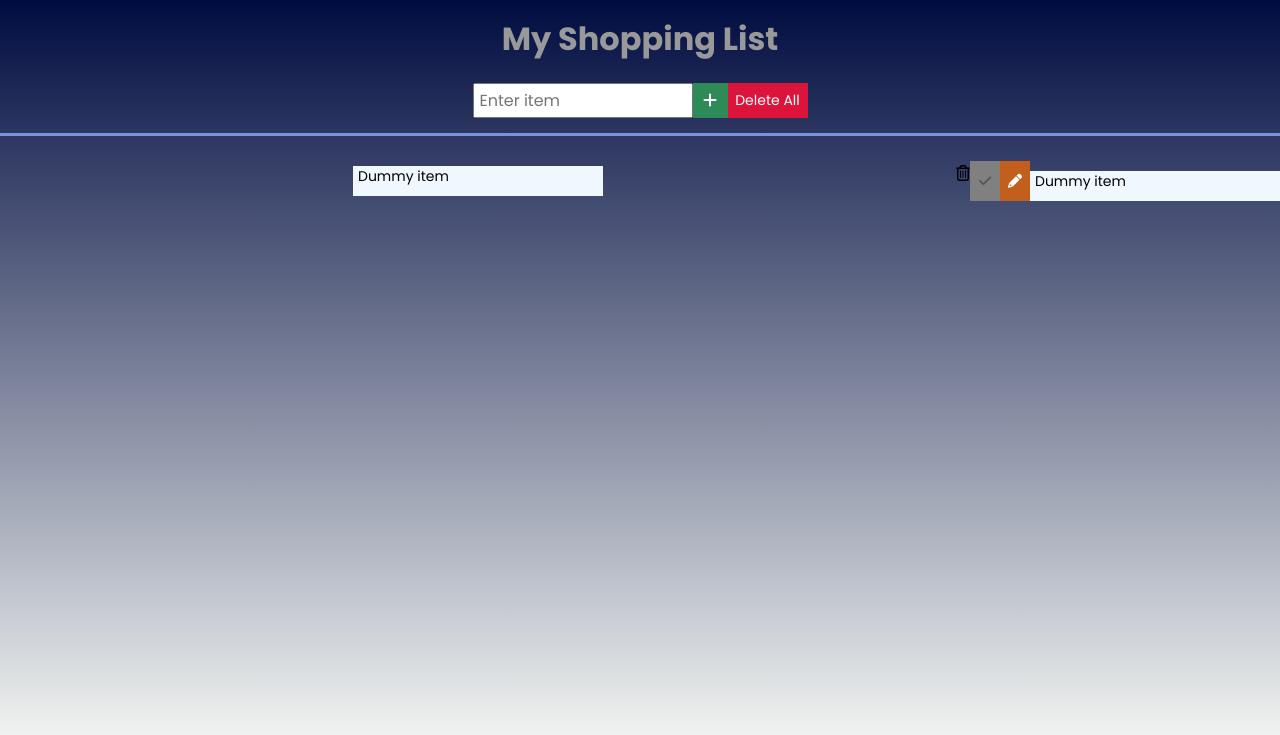
Repository: SaadYasin/shopping-list01-js
Page: index.html
These files come from the project's save history. The page is drawn as it stood at one moment and after the next save; the edit follows.
The browser window is 1280 px wide. The pictures show the whole page.

Above is the page before, as saved 2021-12-05 19:06:15.

### index.html
<!DOCTYPE html>
<html lang="en">
<head>
    <meta charset="UTF-8">
    <meta http-equiv="X-UA-Compatible" content="IE=edge">
    <meta name="viewport" content="width=device-width, initial-scale=1.0">
    <title>Shopping List App</title>
    <link rel="stylesheet" href="styles.css">
    <link rel="preconnect" href="https://fonts.googleapis.com">
    <link rel="preconnect" href="https://fonts.gstatic.com" crossorigin>
    <link href="https://fonts.googleapis.com/css2?family=Poppins:ital,wght@0,100;0,300;0,400;0,600;0,700;1,100;1,300;1,400;1,600;1,700&display=swap" rel="stylesheet">

    <link rel="stylesheet" href="https://cdnjs.cloudflare.com/ajax/libs/font-awesome/6.0.0-beta3/css/all.min.css">

</head>
<body>
    <header>
        <h1>My Shopping List</h1>

        <div id="input-form">
            <input type="text" id="item-txt" name="item-text" placeholder="Enter item" aria-label="Enter item" required>

            <button id="btn" class="btn plus-btn" type="button"><i class="fa fa-plus" aria-hidden="true"></i></button>

            <button class="btn btn-delete-all" type="button" >Delete All</button>

        </div>

        <div id="divider"></div>

        <div class="container">
            <ul id="items-list">
                <div class="list-line">
                    <li class="item">Dummy item</li>
                    <span><i class="far fa-trash-alt"></i></span>
                    <button class="btn btn-done"><i class="fas fa-check"></i></button>
                    <button class="btn btn-edit"><i class="fas fa-pencil-alt"></i></button>
                <!-- </div> -->
                <div class="list-line">
                    <li class="item">Dummy item</li>

                </div>
            </ul>
        </div>
    </header>
    <script src="app.js"></script>
</body>
</html>

### styles.css
* {
    padding: 0;
    margin: 0;
    box-sizing: border-box;
    font-family: 'Poppins', sans-serif;
}

body {
    min-height: 100vh;
    background: #F0F2F0;  /* fallback for old browsers */
background: -webkit-linear-gradient(to top, #f0f2f0 , #000C40);  /* Chrome 10-25, Safari 5.1-6 */
background: linear-gradient(to top,#f0f2f0 , #000C40); /* W3C, IE 10+/ Edge, Firefox 16+, Chrome 26+, Opera 12+, Safari 7+ */


}

header h1 {
    color: #999;
    text-align: center;
    margin-top: 15px;
}

#input-form {
    display: flex;
    margin-top: 20px;
    justify-content: center;
}

#item-txt {
    height: 35px;
    width: 220px;
    font-size: 16px;
    padding-left: 5px;
}

.btn {
    width: 35px;
    border: none;
    outline: none;
    font-size: 14px;
    color: #fff;
    cursor: pointer;
}

.plus-btn {
    background-color: seagreen;
    color: #fff;
    font-size: 16px;
}

.btn-delete-all {
    width: 80px;
    background-color: crimson;

}

#divider {
    width: 100vw;
    height: 3px;
    background-color: #7c90e6;
    margin-top: 15px;
}

.container {
    width: 100%;
    padding-top: 20px;

}

#items-list {
    list-style-type: none;
}

.list-line {
    display: flex;
    justify-content: center;
    margin-top: 5px;
}

li {
    display: flex;
    width: 250px;
    height: 30px;
    font-size: 14px;
    background-color: aliceblue;
    padding-left: 5px;
    margin-top: 5px;
    margin-left: auto;
    margin-right: auto;

}

.btn-delete-item {
    width: 30px;
    background-color: maroon;
    color: #fff;

}

.btn-done {
    width: 30px;
    border: none;
    background-color: gray;
    color: #555;
    font-size: 14px;
}

.btn-edit {
    width: 30px;
    background-color: rgb(194, 95, 29);
    color: #fff;

}

### app.js
const addBtn = document.querySelector('#btn');
const inputText = document.querySelector('#item-txt');
const list = document.querySelector('.container ul');

addBtn.addEventListener('click', (e) => {

    // Check that there is an input text
    if (inputText.value !== "") {
        e.preventDefault();

        // Create li
        const newLi = document.createElement('li');
        newLi.innerHTML = inputText.value;
        list.appendChild(newLi);
    }
});

After the next save:
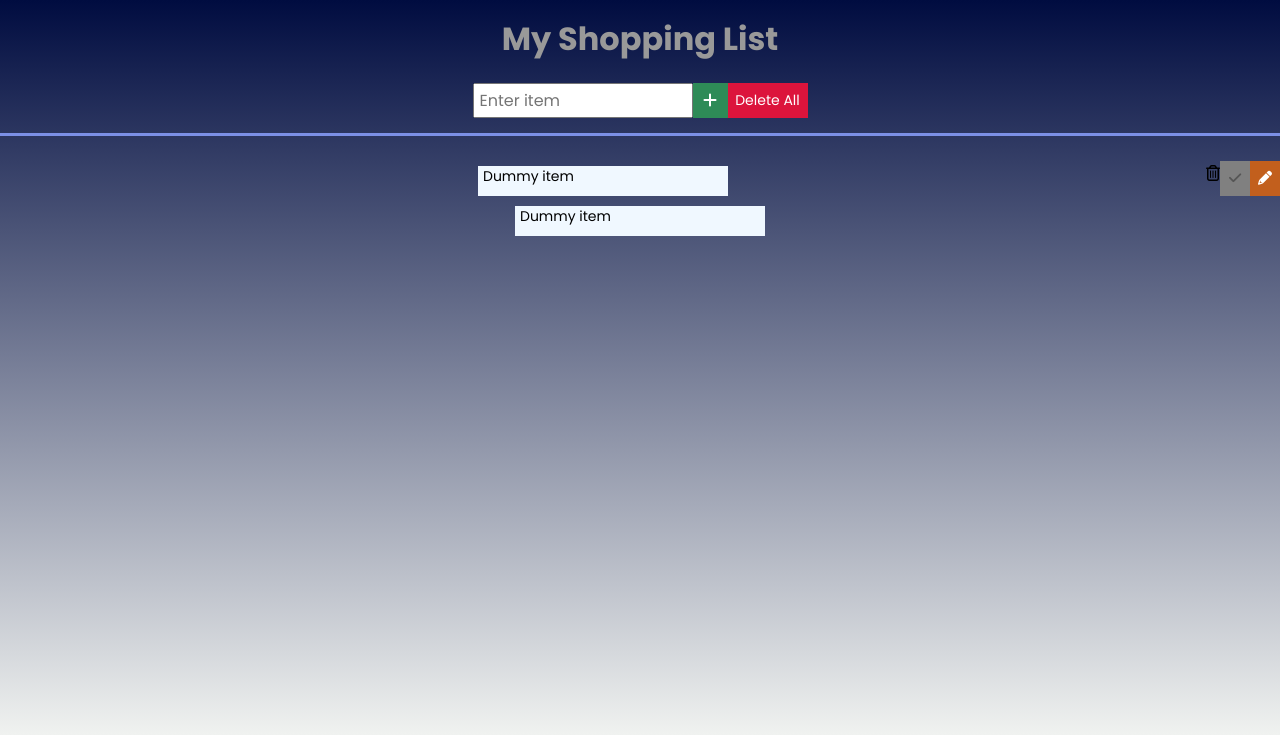
Saved 8 s later.
--- a/index.html
+++ b/index.html
@@ -35,7 +35,7 @@
                     <span><i class="far fa-trash-alt"></i></span>
                     <button class="btn btn-done"><i class="fas fa-check"></i></button>
                     <button class="btn btn-edit"><i class="fas fa-pencil-alt"></i></button>
-                <!-- </div> -->
+                </div>
                 <div class="list-line">
                     <li class="item">Dummy item</li>
 
